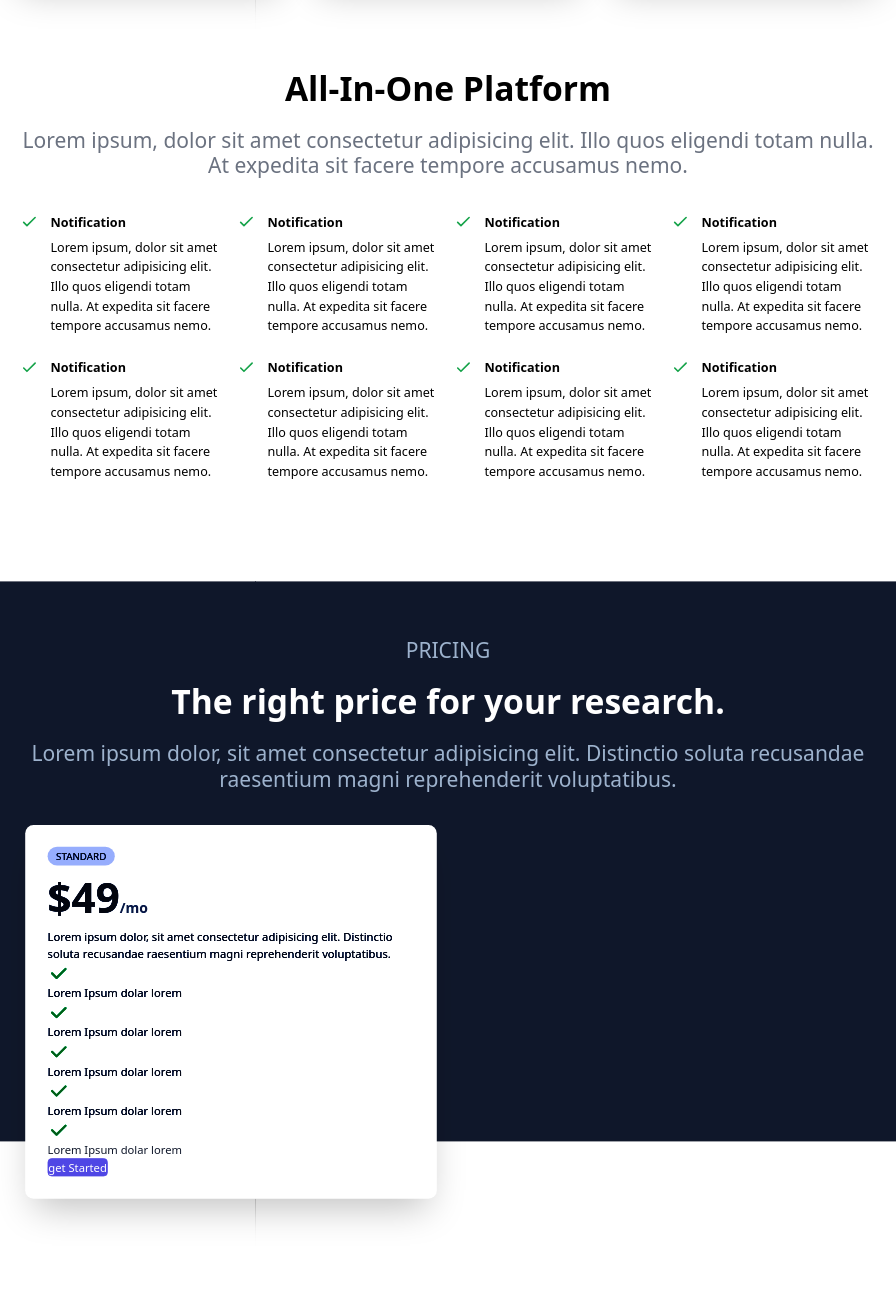
Repository: adrcstro/react-project-2
Page: /
These files come from the project's save history. The page is drawn as it stood at one moment and after the next save; the edit follows.
The browser window is 1280 px wide. The pictures show the part of the page from y = 2172 to 4092 px (the page is 4044 px tall before and 4092 px after), at 70% of full size.
The project was rebuilt for these pictures with package versions that can differ from the ones it lists, and the page was loaded fresh each time.

Above is the page before, as saved 2024-08-16 07:58:55.

### src/index.js
import React from 'react';
import ReactDOM from 'react-dom/client';
import './index.css';
import App from './App';

const root = ReactDOM.createRoot(document.getElementById('root'));
root.render(

    <App />

);

### src/index.css
@tailwind base;
@tailwind components;
@tailwind utilities;

@layer base{
    li{
       @apply p-4
    }
    button{
        @apply text-white border bg-indigo-600 border-indigo-600
        hover:bg-transparent hover:text-indigo-600 rounded-md
    }
}

### src/App.js
import About from "./components/About";
import AllinOne from "./components/AllinOne";
import Hero from "./components/Hero";
import Navbar from "./components/Navbar";
import Pricing from "./components/Pricing";
import Support from "./components/Support";



function App() {
  return (
    <>
<Navbar/>
<Hero/>
<About />
<Support />
<AllinOne/>
<Pricing />
    </>

  );
}

export default App;

### src/components/About.jsx
import React from 'react'

function About() {
  return (
    <div className='w-full my-32'>
        <div className='max-w-[1240px] mx-auto'>
          <div className='text-center'>
            <h2 className='text-5xl font-bold'>Trusted by developers across the world</h2>
            <p className='text-3xl py6 text-gray-500 px-3'>Trusted by developers across the world, our platform stands as a reliable choice for building robust
             applications. With a global community of skilled professionals.</p>
          </div>

          <div className='grid md:grid-cols-3 gap-3 px-2 text-center mt-4'>
             <div className='border py-8 rounded-xl shadow-xl'>
              <p className='text-6xl font-bold text-indigo-600'>100%</p>
              <p className='text-gray-400 mt-2'>Completion</p>
             </div>
             <div className='border py-8 rounded-xl shadow-xl'>
              <p className='text-6xl font-bold text-indigo-600'>24/7</p>
              <p className='text-gray-400 mt-2'>Delivery</p>
             </div>
             <div className='border py-8 rounded-xl shadow-xl'>
              <p className='text-6xl font-bold text-indigo-600'>100K</p>
              <p  className='text-gray-400 mt-2'>Transaction</p>
             </div>
          </div>
        </div>
    </div>
  )
}

export default About

### src/components/AllinOne.jsx
import React from 'react'
import { CheckIcon } from '@heroicons/react/outline'
function AllinOne() {
  return (
    <div className='w-full my-32'>
        <div className='max-w-[1240px] mx-auto px-2'>
            <h2 className='text-5xl font-bold text-center'>All-In-One Platform</h2>
            <p className='text-3xl py-8 text-gray-500 text-center'>Lorem ipsum, dolor sit amet consectetur adipisicing elit. Illo quos eligendi
            totam nulla. At expedita sit facere tempore accusamus nemo.</p>
        <div className='grid sm:grid-cols-2 lg:grid-cols-4 gap-4 pt-4'>

            <div>
                <div className='flex'>
                <div>
                <CheckIcon className='w-7 mr-4 text-green-600'/>
                </div>
                    <div className=''>
                        <h3 className='font-bold text-lg'>Notification</h3>
                        <p className='text-lg pt-2 pb-4'>Lorem ipsum, dolor sit amet consectetur adipisicing elit. Illo quos eligendi
                        totam nulla. At expedita sit facere tempore accusamus nemo.</p>
                    </div>
                </div>
            </div>
            <div>
                <div className='flex'>
                <div>
                <CheckIcon className='w-7 mr-4 text-green-600'/>
                </div>
                    <div className=''>
                        <h3 className='font-bold text-lg'>Notification</h3>
                        <p className='text-lg pt-2 pb-4'>Lorem ipsum, dolor sit amet consectetur adipisicing elit. Illo quos eligendi
                        totam nulla. At expedita sit facere tempore accusamus nemo.</p>
                    </div>
                </div>
            </div>
            <div>
                <div className='flex'>
                <div>
                <CheckIcon className='w-7 mr-4 text-green-600'/>
                </div>
                    <div className=''>
                        <h3 className='font-bold text-lg'>Notification</h3>
                        <p className='text-lg pt-2 pb-4'>Lorem ipsum, dolor sit amet consectetur adipisicing elit. Illo quos eligendi
                        totam nulla. At expedita sit facere tempore accusamus nemo.</p>
                    </div>
                </div>
            </div>
            <div>
                <div className='flex'>
                <div>
                <CheckIcon className='w-7 mr-4 text-green-600'/>
                </div>
                    <div className=''>
                        <h3 className='font-bold text-lg'>Notification</h3>
                        <p className='text-lg pt-2 pb-4'>Lorem ipsum, dolor sit amet consectetur adipisicing elit. Illo quos eligendi
                        totam nulla. At expedita sit facere tempore accusamus nemo.</p>
                    </div>
                </div>
            </div>
            <div>
                <div className='flex'>
                <div>
                <CheckIcon className='w-7 mr-4 text-green-600'/>
                </div>
                    <div className=''>
                        <h3 className='font-bold text-lg'>Notification</h3>
                        <p className='text-lg pt-2 pb-4'>Lorem ipsum, dolor sit amet consectetur adipisicing elit. Illo quos eligendi
                        totam nulla. At expedita sit facere tempore accusamus nemo.</p>
                    </div>
                </div>
            </div>
            <div>
                <div className='flex'>
                <div>
                <CheckIcon className='w-7 mr-4 text-green-600'/>
                </div>
                    <div className=''>
                        <h3 className='font-bold text-lg'>Notification</h3>
                        <p className='text-lg pt-2 pb-4'>Lorem ipsum, dolor sit amet consectetur adipisicing elit. Illo quos eligendi
                        totam nulla. At expedita sit facere tempore accusamus nemo.</p>
                    </div>
                </div>
            </div>
            <div>
                <div className='flex'>
                <div>
                <CheckIcon className='w-7 mr-4 text-green-600'/>
                </div>
                    <div className=''>
                        <h3 className='font-bold text-lg'>Notification</h3>
                        <p className='text-lg pt-2 pb-4'>Lorem ipsum, dolor sit amet consectetur adipisicing elit. Illo quos eligendi
                        totam nulla. At expedita sit facere tempore accusamus nemo.</p>
                    </div>
                </div>
            </div>
            <div>
                <div className='flex'>
                <div>
                <CheckIcon className='w-7 mr-4 text-green-600'/>
                </div>
                    <div className=''>
                        <h3 className='font-bold text-lg'>Notification</h3>
                        <p className='text-lg pt-2 pb-4'>Lorem ipsum, dolor sit amet consectetur adipisicing elit. Illo quos eligendi
                        totam nulla. At expedita sit facere tempore accusamus nemo.</p>
                    </div>
                </div>
            </div>

        </div>
        </div>
    </div>
  )
}

export default AllinOne

### src/components/Hero.jsx
import React from 'react'
import {
  CloudUploadIcon,
  DatabaseIcon,
  PaperAirplaneIcon,
  ServerIcon,
} from '@heroicons/react/solid'

import bgImg from '../assets/cyber-bg.png'

function Hero() {
  return (
    <div className='w-full h-screen bg-zinc-200 flex flex-col justify-between'>
<div className='grid md:grid-cols-2 max-w-[1240px] m-auto'>
       <div className='flex flex-col justify-center md:items-start w-full px-2 py-8'>
        <p className='text-2xl'>Unique Sequencing & Production</p>
        <h1 className='py-3 text-5xl md:text-7xl font-bold'>Cloud Management</h1>
        <p className='text-2xl'>This is our Tech brand</p>
        <button className='py-3 px-6 sm:w-[60%] my-4 '>Get Started</button>
       </div>
       <div>
    <img className='w-full' src={bgImg} alt='/' />
       </div>
<div className='absolute flex flex-col py-8 md:min-w-[760px] bottom-[5%] mx-1 md:left-1/2
transform md:-translate-x-1/2 bg-zinc-200 border border-slate-300 rounded-xl text-center shadow-xl'>
  <p>Data Services</p>
  <div className='flex justify-between flex-wrap px-4'>
    <p className='flex px-4 py-2 text-slate-500'><CloudUploadIcon className='h-6 text-indigo-600' /> App Security</p>
    <p className='flex px-4 py-2 text-slate-500'><DatabaseIcon className='h-6 text-indigo-600' /> Dashboard</p>
    <p className='flex px-4 py-2 text-slate-500'><PaperAirplaneIcon className='h-6 text-indigo-600' /> Cloud Data</p>
    <p className='flex px-4 py-2 text-slate-500'><ServerIcon className='h-6 text-indigo-600' /> API</p>
  </div>
</div>
</div>
    </div>
  )
}

export default Hero

### src/components/Navbar.jsx
import React ,{useState} from 'react'
import {MenuIcon, XIcon} from '@heroicons/react/outline'

function Navbar() {

const [nav, setNav] = useState(false)
const handleClick = () => setNav(!nav)



  return (
    <div className='w-screen h-[80px] z-10 bg-zinc-200 fixed drop-shadow-lg'>
    <div className='px-2 flex justify-between items-center  w-full h-full'>
<div className='flex items-center'>
  <h1 className='text-3xl font-bold mr-4 sm:text-4xl'>BRANS.</h1>
  <ul className='hidden  md:flex'>
<li>Home</li>
<li>About</li>
<li>Support</li>
<li>Platforms</li>
<li>Pricing</li>
  </ul>
</div>
<div className='hidden md:flex pr-4'>
  <button className='border-none bg-transparent text-black mr-4'>Sign In</button>
  <button className='px-8 py-3'>Sign Up</button>
</div>

    <div  className='md:hidden mr-4' onClick={handleClick}>
    {!nav ? <MenuIcon className="w-5"/> : <XIcon className='w-5'/>}

    </div>
    </div>
<ul className={!nav ? 'hidden' : 'absolute bg-zinc-200 w-full px-8'}>
<li className='border-b-2 border-zinc-300 w-full'>Home</li>
<li className='border-b-2 border-zinc-300 w-full'>About</li>
<li className='border-b-2 border-zinc-300 w-full'>Support</li>
<li className='border-b-2 border-zinc-300 w-full'>Platforms</li>
<li className='border-b-2 border-zinc-300 w-full'>Pricing</li>
<div className='flex flex-col my-4'>
<button className='bg-transparent  text-indigo-600 px-8 py-3 mb-4'>Sign In</button>
<button className='px-8 py-3'>Sign Up</button>
</div>
</ul>

    </div>

  )
}

export default Navbar

### src/components/Pricing.jsx
import React from 'react'
import { CheckIcon } from '@heroicons/react/solid'
function Pricing() {
  return (
    <div className='w-full text-white my-24'>
        <div className='w-full h-[800px] bg-slate-900 absolute mix-blend-overlay'></div>
        <div className='max-w-[1240px] mx-auto py-12'>
        <div className='text-center py-8 text-slate-300'>
            <h2 className='text-3xl uppercase' >Pricing</h2>
            <h3 className='text-5xl font-bold text-white py-8'>The right price for your
            research.</h3>
            <p className='text-3xl '>Lorem ipsum dolor, sit amet consectetur
             adipisicing elit. Distinctio soluta recusandae
             raesentium magni reprehenderit voluptatibus.</p>
        </div>

       <div className='grid md:grid-cols-2 '>
        <div className='bg-white text-slate-900 m-4 p-8 rounded-xl shadow-2xl'>
            <span className='uppercase px-3 py-1 bg-indigo-200 rounded-2xl text-sm'>Standard</span>
            <div>
                <p className='text-6xl font-bold py-4 flex'>$49<span className='text-xl text-slate-500 flex flex-col justify-end'>/mo</span></p>
            </div>
            <p>Lorem ipsum dolor, sit amet consectetur
             adipisicing elit. Distinctio soluta recusandae
             raesentium magni reprehenderit voluptatibus.</p>
             <div>
                <p><CheckIcon className='w-8 mr-5 text-green-600'/> Lorem Ipsum dolar lorem</p>
                <p><CheckIcon className='w-8 mr-5 text-green-600'/> Lorem Ipsum dolar lorem</p>
                <p><CheckIcon className='w-8 mr-5 text-green-600'/> Lorem Ipsum dolar lorem</p>
                <p><CheckIcon className='w-8 mr-5 text-green-600'/> Lorem Ipsum dolar lorem</p>
                <p><CheckIcon className='w-8 mr-5 text-green-600'/> Lorem Ipsum dolar lorem</p>
                <button>get Started</button>
             </div>
        </div>
       </div>



        </div>
    </div>
  )
}

export default Pricing

### src/components/Support.jsx
import React from 'react'
import {PhoneIcon, ArrowSmRightIcon} from '@heroicons/react/outline';
import {ChipIcon, SupportIcon} from '@heroicons/react/solid'

import supportImg from '../assets/support.jpg'
function Support() {
  return (
    <div className='w-full  mt-24'>
        <div className='w-full h-[700px] bg-gray-900/90 absolute'>
            <img className='w-full h-full object-cover mix-blend-overlay' src={supportImg} alt='/' />
        </div>
        <div className='w-max-w-[1240px] mx-auto text-white relative'>
            <div className='px-4 py-12'>
                <h2 className='text-3xl pt-8 text-slate-300 uppercase text-center'>Support</h2>
                <h3 className='text-5xl font-bold py-6 text-center'>Finding the right team</h3>
                <p className='py-4 text-3xl text-center text-slate-300 '>With a global community of skilled professionals, we ensure top-notch support and continuous innovation. Join thousands
                 who trust us to elevate their development projects to new heights</p>
            </div>


            <div className='grid grid-cols-1 lg:grid-cols-3 relative gap-x-8 gap-y-16 px-4 pt-12 sm:pt-20 text-black'>
            <div className='bg-white rounded-xl shadow-2xl'>
                 <div className='p-8'>
                    <PhoneIcon className='w-16 p-4 bg-indigo-600 text-white rounded-lg mt-[-4rem]'/>
                    <h3 className='font-bold text-2xl my-6'>Sales</h3>
                    <p className='text-gray-600 text-xl '>With a global community of skilled professionals, we ensure top-notch support and continuous innovation. Join thousands who trust us to elevate their development projects to new heights</p>
                 </div>
                 <div className='bg-slate-100 pl-8 py-4'>
                    <p className='flex items-center text-indigo-600'>Contact Us <ArrowSmRightIcon className='w-5 ml-2'/> </p>
                 </div>
            </div>
            <div className='bg-white rounded-xl shadow-2xl'>
                 <div className='p-8'>
                    <SupportIcon className='w-16 p-4 bg-indigo-600 text-white rounded-lg mt-[-4rem]'/>
                    <h3 className='font-bold text-2xl my-6'>Technical Support</h3>
                    <p className='text-gray-600 text-xl '>With a global community of skilled professionals, we ensure top-notch support and continuous innovation. Join thousands who trust us to elevate their development projects to new heights</p>
                 </div>
                 <div className='bg-slate-100 pl-8 py-4'>
                    <p className='flex items-center text-indigo-600'>Contact Us <ArrowSmRightIcon className='w-5 ml-2'/> </p>
                 </div>
            </div>
            <div className='bg-white rounded-xl shadow-2xl'>
                 <div className='p-8'>
                    <ChipIcon className='w-16 p-4 bg-indigo-600 text-white rounded-lg mt-[-4rem]'/>
                    <h3 className='font-bold text-2xl my-6'>Media Inquiries</h3>
                    <p className='text-gray-600 text-xl '>With a global community of skilled professionals, we ensure top-notch support and continuous innovation. Join thousands who trust us to elevate their development projects to new heights</p>
                 </div>
                 <div className='bg-slate-100 pl-8 py-4'>
                    <p className='flex items-center text-indigo-600'>Contact Us <ArrowSmRightIcon className='w-5 ml-2'/> </p>
                 </div>
            </div>
        </div>
    </div>
    </div>
  )
}

export default Support

Loaded but not shown: public/index.html (common file); tailwind.config.js (common file)

After the next save:
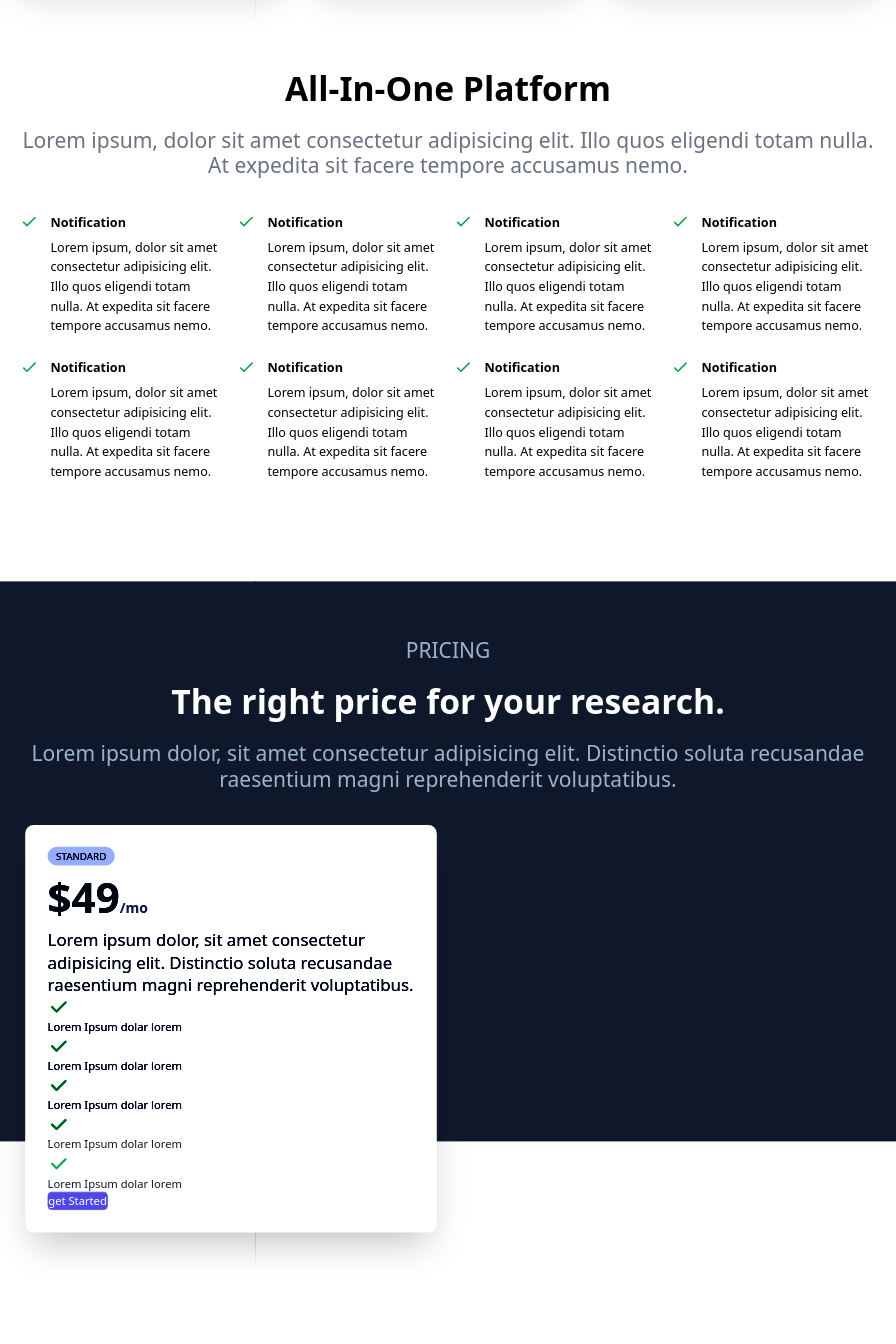
Saved 24 s later.
--- a/src/components/Pricing.jsx
+++ b/src/components/Pricing.jsx
@@ -20,7 +20,7 @@ function Pricing() {
             <div>
                 <p className='text-6xl font-bold py-4 flex'>$49<span className='text-xl text-slate-500 flex flex-col justify-end'>/mo</span></p>
             </div>
-            <p>Lorem ipsum dolor, sit amet consectetur
+            <p className='text-2xl'>Lorem ipsum dolor, sit amet consectetur
              adipisicing elit. Distinctio soluta recusandae
              raesentium magni reprehenderit voluptatibus.</p>
              <div>
